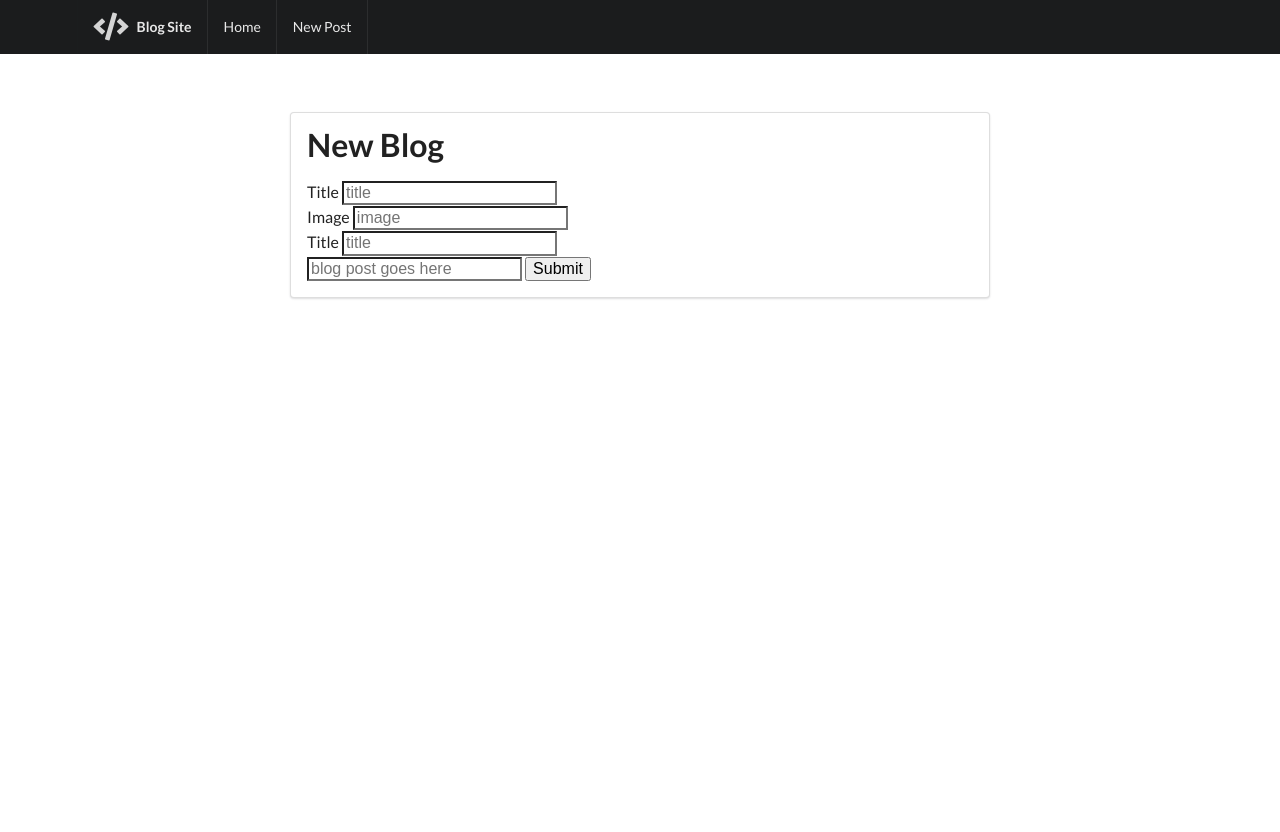
Repository: bosicheng/yelpcamp-project
Page: http://localhost/blogs/new
The author's editor kept a record of every edit. The page is drawn from the files as they stood at one moment, then again after the next edit.
The browser window is 1280 px wide. The pictures show the whole page.
The page is served by the project's Node server (RESTful Routing/RESTfulBlogApp/app.js).

Above is the page before.

### RESTful Routing/RESTfulBlogApp/views/new.ejs
<% include partials/header %>
<div class='ui main text container segment'>
    <div class='ui huge header'>
        New Blog
    </div>
    <form action='/blogs' method='POST'>
        <!--这里是直接添加req.body.body下属性而不是先改req.body下属性再加-->
        <div class='field'>
            <label>Title</label>
            <input type='text' name='blog[title]' placeholder='title'>
        </div>
        <div class='field'>
            <label>Image</label>
            <input type='text' name='blog[image]' placeholder='image'>
        </div>
        <div class='field'>
            <label>Title</label>
            <input type='text' name='blog[title]' placeholder='title'>
        </div>

        <input type='text' name='blog[body]' placeholder='blog post goes here'>
        <input type='submit'>
    </form>
</div>
<% include partials/footer %>

### RESTful Routing/RESTfulBlogApp/views/partials/header.ejs
<!DOCTYPE html>
<html>
    <head>
        <title>Blog App</title>
        <link rel="stylesheet" href="https://cdn.jsdelivr.net/npm/semantic-ui@2.4.2/dist/semantic.min.css">
        <!--下面的stylesheets前面一定要加slash!!-->
        <link rel="stylesheet" href="/stylesheets/app.css">
    </head>
    <body>
        <div class='ui fixed inverted menu'>
            <div class='ui container'>
                 <div class='header item'><i class='code icon'></i>Blog Site</div>
                 <a href='/' class='item'>Home</a>
                 <a href='/blogs/new' class='item'>New Post</a>
            </div>
        </div>

### RESTful Routing/RESTfulBlogApp/app.js
var express=require("express");
var app=express();
var bodyParser=require("body-parser");
var mongoose=require("mongoose");
var methodOverride=require('method-override');

//APP CONFIG
mongoose.connect('mongodb://localhost:27017/restful_blog_app', { useNewUrlParser: true });
app.set('view engine','ejs');
app.use(express.static('public'));
app.use(bodyParser.urlencoded({extended:true}));
app.use(methodOverride("_method"));

//MONGOOSE CONFIG

var blogSchema=new mongoose.Schema({
    title:String,
    image:String,
    body:String,
    // 设置默认样式
    created:{
                type:Date,
                default:Date.now
            }
});

var Blog=mongoose.model("Blog",blogSchema);

// Blog.create({
//     title:'test',
//     image:'https://pixabay.com/get/ea36b70c2ffc1c22d2524518b7444795ea76e5d004b0144595f3c37ea2e5b2_340.jpg',
//     body:'Hello!',
// })

//RESTful Routes

app.get('/',function(req,res){
    res.redirect('/blogs');
})

//INDEX
app.get('/blogs',function(req,res){
    Blog.find({},function(err,blogs){
        if(err){
            console.log('ERROR!');
        }
        else{
            res.render('index',{blogs:blogs})
        }
    })
})

//NEW
app.get('/blogs/new',function(req,res){
    res.render('new')
})

//CREATE
app.post('/blogs',function(req,res){
    //create blog
    Blog.create(req.body.blog,function(err,newBlog){
        if(err){
            res.render('new')
        }
        else{
            res.redirect('blogs')
        }
    })
    //redirect to the index
})

app.get('/blogs/:id',function(req,res){
    Blog.findById(req.params.id,function(err,foundBlog){
        if(err){
            res.redirect('/blogs');
        }
        else{
            res.render('show',{blog:foundBlog})
        }
    })
})

//EDIT
app.get('/blogs/:id/edit',function(req,res){
    Blog.findById(req.params.id,function(err,foundBlog){
        if(err){
            res.redirect('blogs')
        }
        else{
            res.render('edit',{blog:foundBlog})
        }
    })
})

//UPDATE同时也发生在EDIT GET到的界面里
// 操作是在edit的form表单中写PUT欺骗html是POST但是express会识别并将其改成PUT
//UPDATE
app.put('/blogs/:id',function(req,res){
    Blog.findByIdAndUpdate(req.params.id,req.body.blog,function(err,updatedBlog){
        if(err){
            res.redirect('/blogs')
        }
        else{
            res.redirect('/blogs/'+req.params.id)
        }
    })
})


//DELETE
app.delete('/blogs/:id',function(req,res){
    //destroy the blog and redirect somewhere
    Blog.findByIdAndRemove(req.params.id,function(err){
        if(err){
            res.redirect('/blogs')
        }
        else{
            res.redirect('/blogs')
        }
    })
})

app.listen(process.env.PORT,process.env.IP,function(){
    console.log("Server is listening!");
})

### RESTful Routing/RESTfulBlogApp/public/stylesheets/app.css
i.icon{
    font-size: 2em;
}
/*这里不要加空格！，连在一起写是两个class都有的意思*/
.container.main{
    margin-top: 7em;
}
#delete{
    display: inline;
}

Loaded but not shown: RESTful Routing/RESTfulBlogApp/views/partials/footer.ejs (common file)

After the next edit:
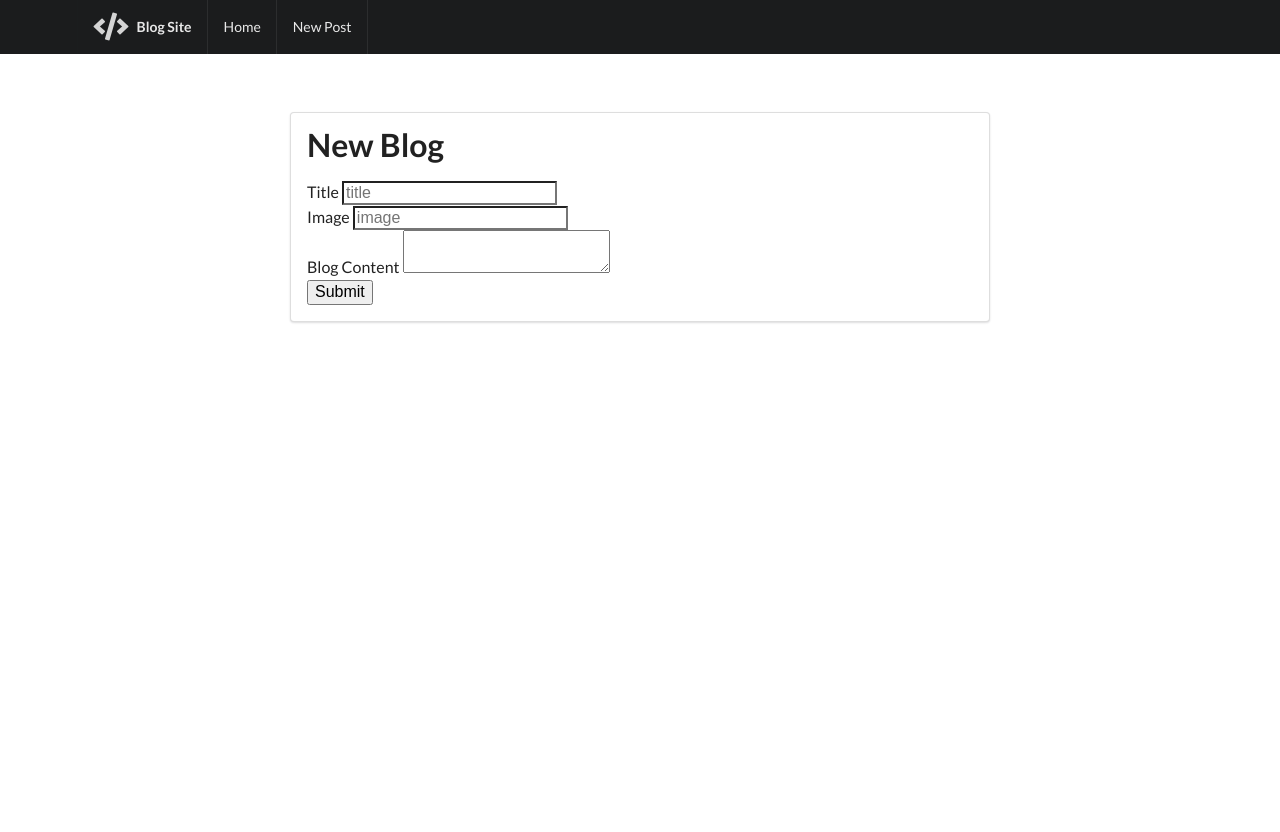
The edit:
--- a/RESTful Routing/RESTfulBlogApp/views/new.ejs
+++ b/RESTful Routing/RESTfulBlogApp/views/new.ejs
@@ -14,11 +14,9 @@
             <input type='text' name='blog[image]' placeholder='image'>
         </div>
         <div class='field'>
-            <label>Title</label>
-            <input type='text' name='blog[title]' placeholder='title'>
+            <label>Blog Content</label>
+            <textarea name='blog[body]'></textarea>
         </div>
-
-        <input type='text' name='blog[body]' placeholder='blog post goes here'>
         <input type='submit'>
     </form>
 </div>
